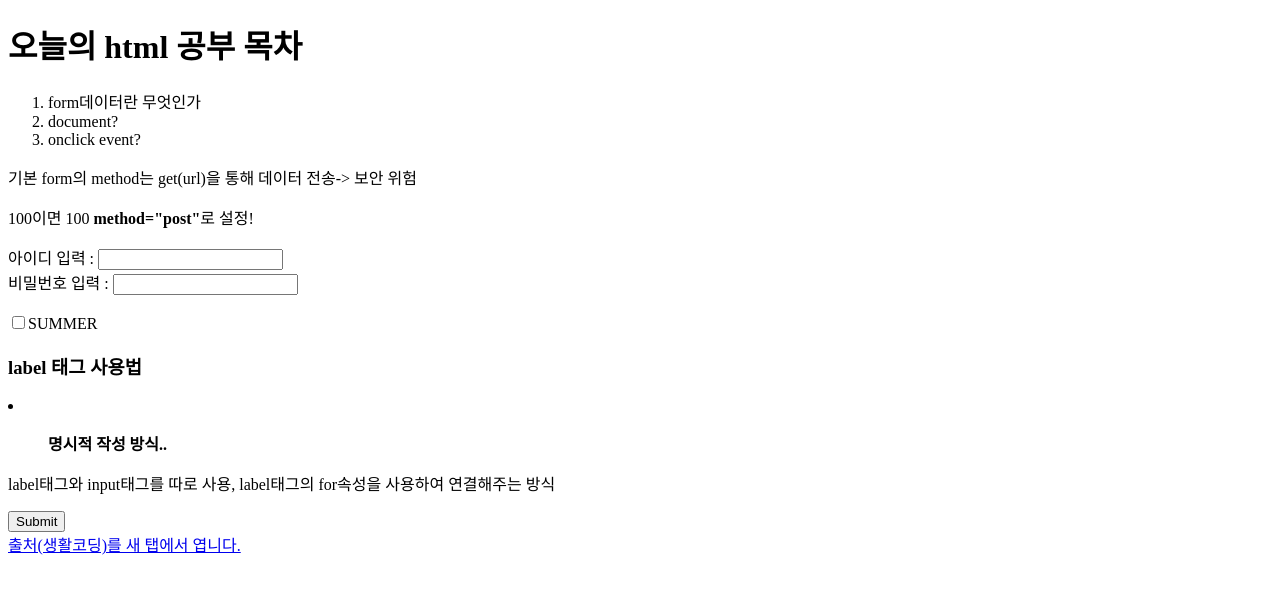
Repository: PareutPareut/frontend
Page: markDowns/study1129.html
An editor plug-in stored every save of this project. The page is shown before and after the next save, followed by the edit.
The browser window is 1280 px wide. The pictures show the whole page.

Above is the page before, as saved 2023-11-29 15:09:50.

### markDowns/study1129.html
<!doctype html>
<html>
    <head>
        <meta charset="utf-8"/>
        <title>html- form, document, onclick event</title>
    </head>
    <body>
        <header>
            <h1>오늘의 html 공부 목차</h1>
        </header>
        <ol>
            <li>form데이터란 무엇인가</li>
            <li>document?</li>
            <li>onclick event?</li>
        </ol>

        <form action="localhost:3000/user" method="post">
            <div>
                <p>기본 form의 method는 get(url)을 통해 데이터 전송-> 보안 위험</p>
                <p>100이면 100 <strong>method="post"</strong>로 설정!</p>
            </div>

            <div>
                <label for="put_id"> 아이디 입력 : </label>
                <input type="text" id="put_id" name="id">
            </div>

            <div>
                <label for="put_pwd">비밀번호 입력 : </label>
                <input type="password" id="put_pwd" name="pwd">
            </div>

            <br>

            <label>
                <span><input type="checkbox" name="여름" value="summer">SUMMER </span>
            </label>

            <div>
                <h3>label 태그 사용법</h3>
                <li>
                    <ul><strong>명시적 작성 방식.. </strong></ul>
                    <p>label태그와 input태그를 따로 사용, label태그의 for속성을 사용하여 연결해주는 방식</p>
                </li>
            </div>

            <input type="submit">
        </form>


        <script>

        </script>

        <footer>
            <a href="https://opentutorials.org/course/2039/10962" target="_blank">출처(생활코딩)를 새 탭에서 엽니다.</a>
        </footer>


    </body>
</html>

After the next save:
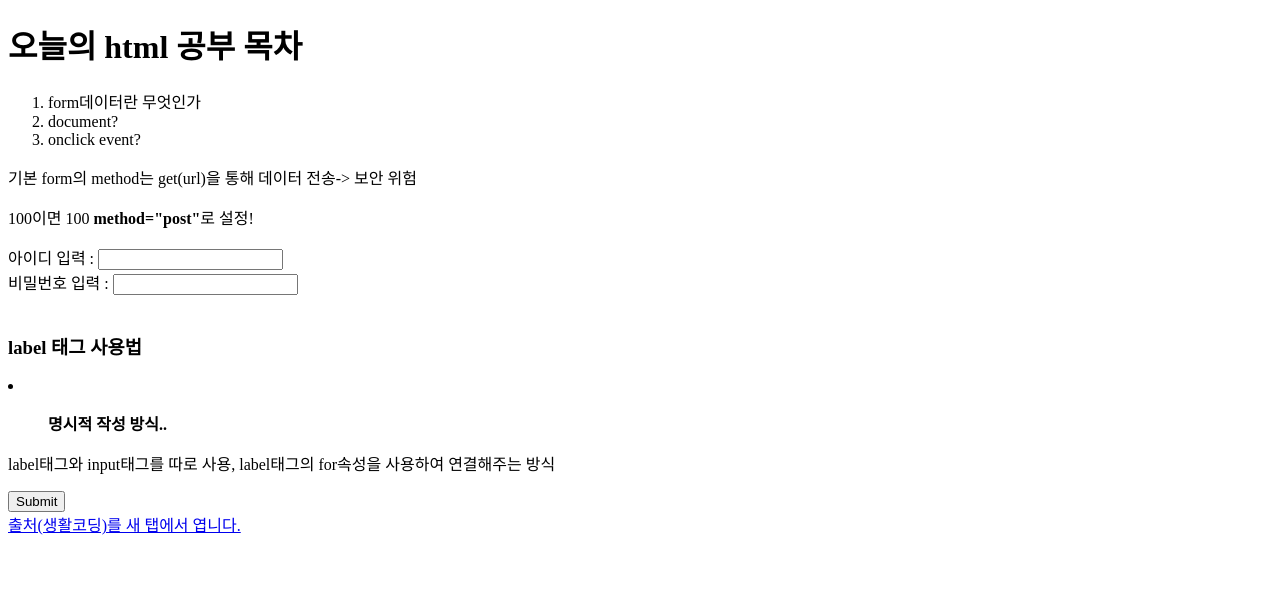
Saved 24 s later.
--- a/markDowns/study1129.html
+++ b/markDowns/study1129.html
@@ -33,7 +33,7 @@
             <br>
 
             <label>
-                <span><input type="checkbox" name="여름" value="summer">SUMMER </span>
+
             </label>
 
             <div>

After the save that followed:
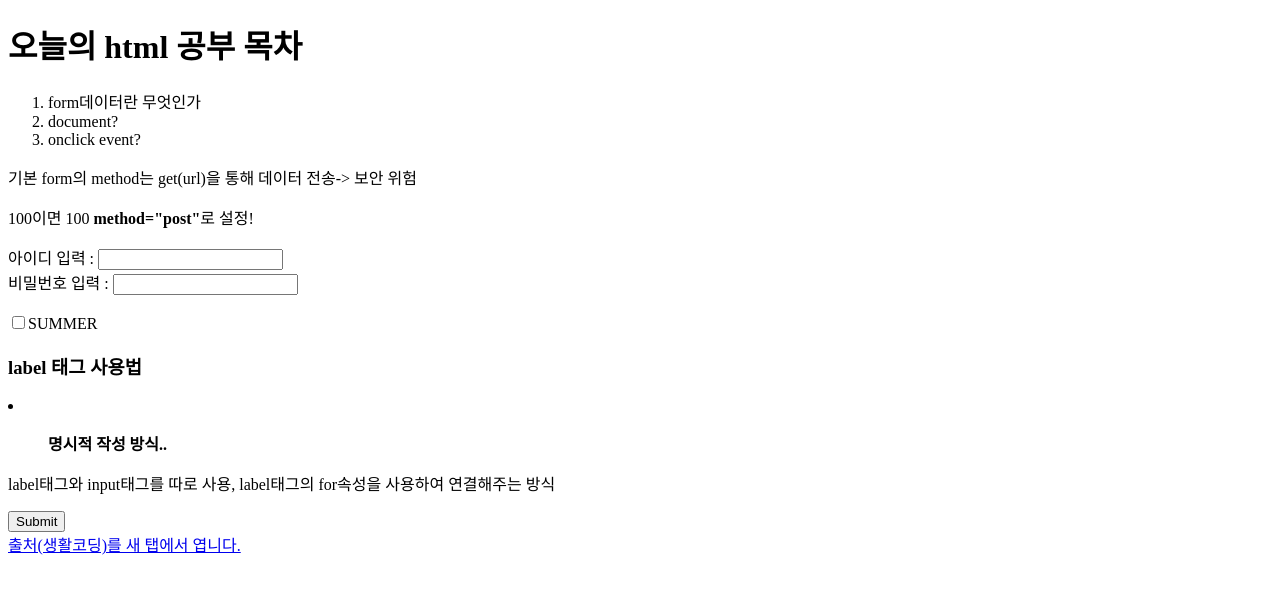
Saved 20 s later.
--- a/markDowns/study1129.html
+++ b/markDowns/study1129.html
@@ -33,7 +33,7 @@
             <br>
 
             <label>
-
+                <span><input type="checkbox" name="여름" value="summer">SUMMER </span>
             </label>
 
             <div>
